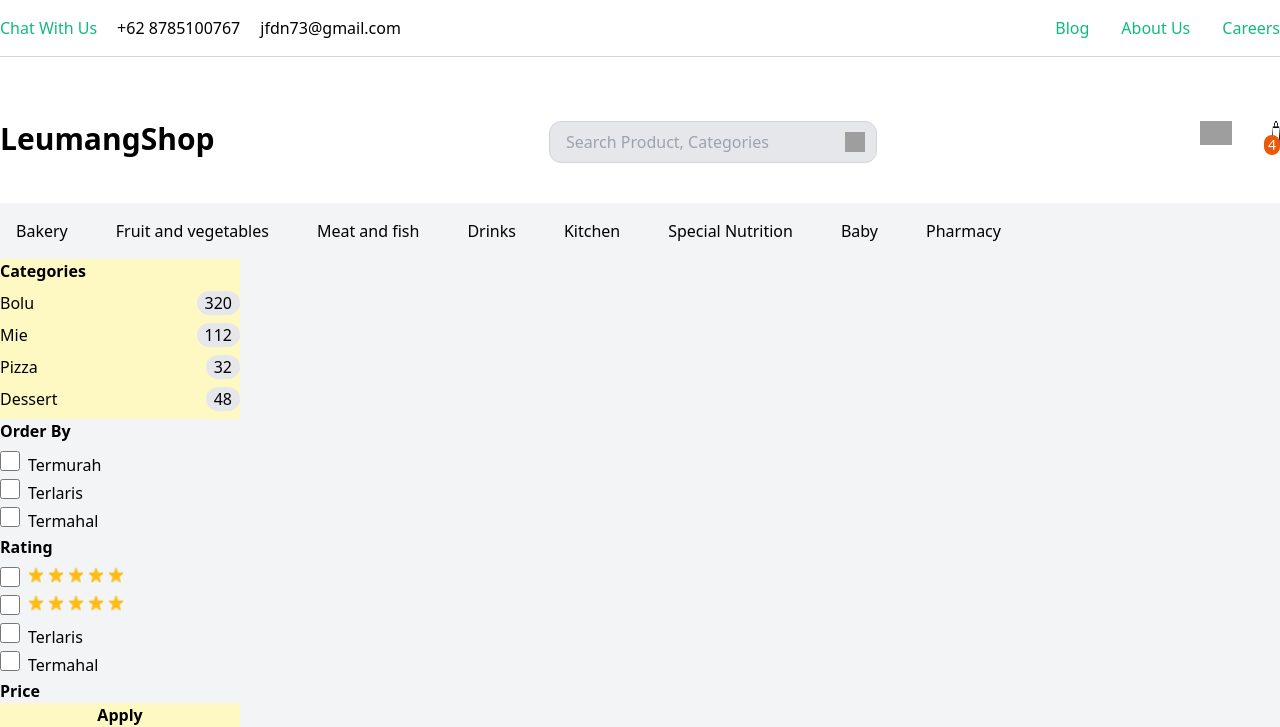
Repository: jafetdn73/ecommerce-tailwind
Page: /
An editor plug-in stored every save of this project. The page is shown before and after the next save, followed by the edit.
The browser window is 1280 px wide. The pictures show the whole page.
Pictures or frames that could not be fetched are drawn as grey boxes. The project was rebuilt for these pictures with package versions that can differ from the ones it lists, and the page was loaded fresh each time. Also part of the build but not shown: src/App.css.

Above is the page before, as saved 2022-03-14 01:19:58.

After the next save:
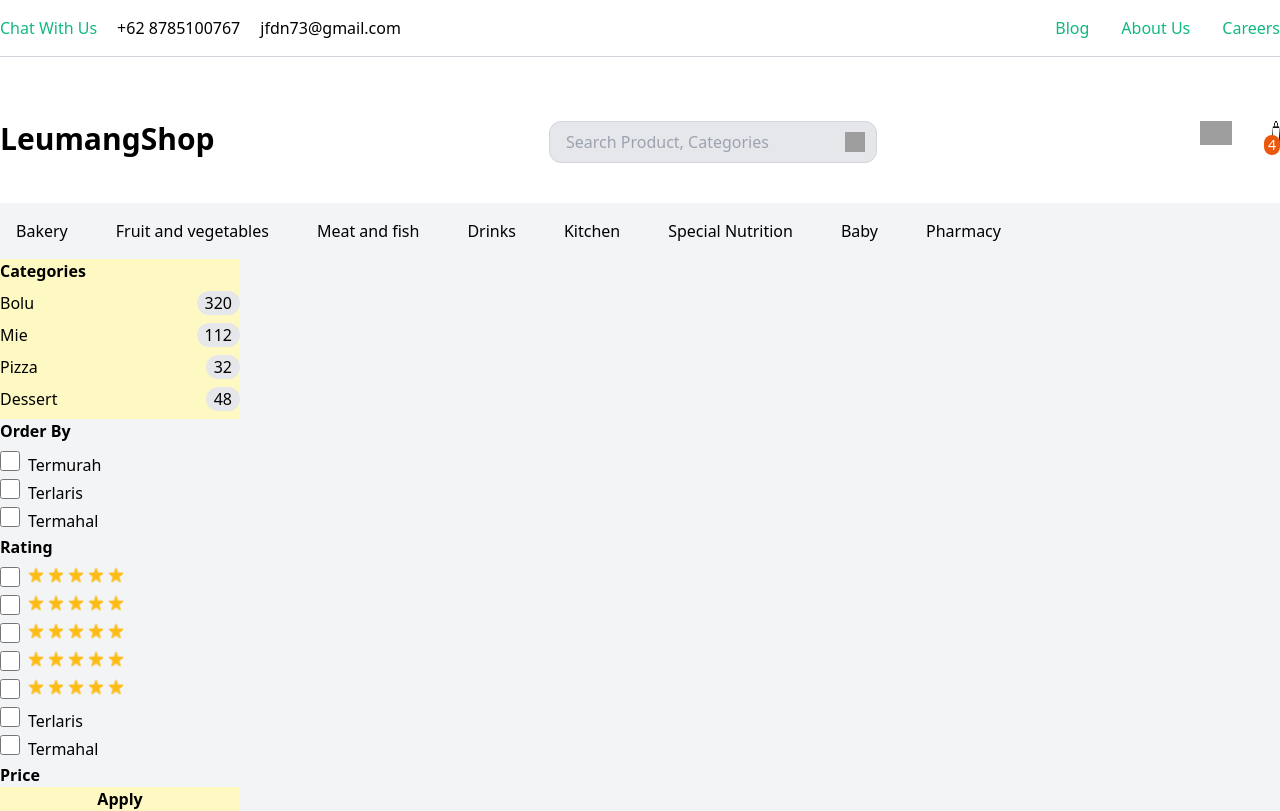
Saved 22 s later.
--- a/src/App.js
+++ b/src/App.js
@@ -116,6 +116,39 @@ function App() {
                  <img src="images/rate-star.png"/>
                  </div>
           </div>
+          <div  className="flex">
+             <input type="checkbox" className="accent-lime-700 w-5 h-5 mr-2 mb-2">
+               </input>
+               <div className="flex w-4 h-4 gap-1">
+                 <img src="images/rate-star.png"/>
+                 <img src="images/rate-star.png"/>
+                 <img src="images/rate-star.png"/>
+                 <img src="images/rate-star.png"/>
+                 <img src="images/rate-star.png"/>
+                 </div>
+          </div>
+          <div  className="flex">
+             <input type="checkbox" className="accent-lime-700 w-5 h-5 mr-2 mb-2">
+               </input>
+               <div className="flex w-4 h-4 gap-1">
+                 <img src="images/rate-star.png"/>
+                 <img src="images/rate-star.png"/>
+                 <img src="images/rate-star.png"/>
+                 <img src="images/rate-star.png"/>
+                 <img src="images/rate-star.png"/>
+                 </div>
+          </div>
+          <div  className="flex">
+             <input type="checkbox" className="accent-lime-700 w-5 h-5 mr-2 mb-2">
+               </input>
+               <div className="flex w-4 h-4 gap-1">
+                 <img src="images/rate-star.png"/>
+                 <img src="images/rate-star.png"/>
+                 <img src="images/rate-star.png"/>
+                 <img src="images/rate-star.png"/>
+                 <img src="images/rate-star.png"/>
+                 </div>
+          </div>
           <div>
             <input type="checkbox"  className="accent-lime-700 w-5 h-5 mr-2 mb-2"></input>
             <span>Terlaris</span>
